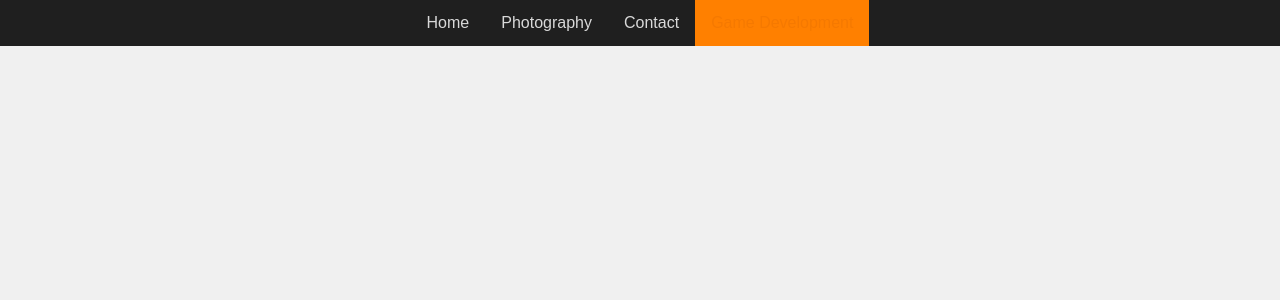
Repository: Argivist/ArgPortfolio
Page: blender/index.html
An editor plug-in stored every save of this project. The page is shown before and after the next save, followed by the edit.
The browser window is 1280 px wide. The pictures show the whole page.

Above is the page before, as saved 2025-03-28 17:17:44.

### blender/index.html
<!DOCTYPE html>
<html lang="en">

<head>
    <meta charset="UTF-8">
    <meta name="viewport" content="width=device-width, initial-scale=1.0">
    <link rel="stylesheet" href="../css/styles.css">
    <link rel="stylesheet" href="../css/nav.css">
    <link rel="stylesheet" href="../css/items.css">
    <link rel="stylesheet" href="../css/blender.css">
    <link rel="stylesheet" href="/css/blenderpreview.css">


    <title>Hutton Amison-Addy</title>

    <style>
        body{
            background-color: #f0f0f0;
            font-family: 'Arial', sans-serif;
        }
    </style>
</head>

<body>
    <nav>
        <ul>
            <li class="nav-content"><a href="../../index.html">Home</a></li>
            <li class="nav-content"><a href="https://www.instagram.com/theworldinoneseye/">Photography</a></li>

            <li class="dropdown nav-content">
                <a href="contact.html">Contact</a>
                <ul class="dropdown-content">
                    <li><a href="https://www.linkedin.com/in/hutton-amison-addy-7b1b3b1b1/">LinkedIn</a></li>
                    <li><a href="https://www.github.com/Argivist">GitHub</a></li>
                    <li><a href="mailto:hutton.amison@ashesi.edu.gh">hutton.amison@ashesi.edu.gh</a></li>
                    <li><a href="mailto:huttonaaddy.public@gmail.com">huttonaaddy.public@gmail.com</a></li>
                </ul>
            </li>

            <li class="dropdown nav-content active">
                <a href="#" class="active-text">Game Development</a>
                <ul class="dropdown-content">
                    <li><a href="../game/index.html" >Game Development Projects</a></li>
                    <li class=" "><a href="">Blender</a></li>
                </ul>
            </li>
        </ul>
    </nav>
    <div class="padding">
    </div>
        <div class="overlay">


            <!-- Preview -->
            <div id="previews"></div>

        </div>



</body>
<!-- Include PapaParse from CDN -->
<script src="https://cdnjs.cloudflare.com/ajax/libs/PapaParse/5.3.2/papaparse.min.js"></script>


<script src="./js/loadPreviews.js" defer></script>

</html>

### css/styles.css
body{
    height: 100%;
    margin: 0;
    padding: 0;
}

### css/nav.css
/* 1. Define default variables in :root */


/* NAV Content and Dropdown */
.nav-content {
    position: relative;
    display: inline-block;
}

.dropdown {
    position: relative; /* For proper absolute positioning of its child */
    display: inline-block;
}

.dropdown:hover .dropdown-content {
    display: block;
}

.dropdown-content {
    display: none;
    position: absolute; /* This makes it overlay other elements without affecting layout */
    background-color: var(--dropdown-bg);
    min-width: 160px;
    box-shadow: 0px 8px 16px 0px rgba(0,0,0,0.2);
    z-index: 1;
}

/* Nav Stylisation */
nav {
    background-color: var(--nav-bg);
    position: fixed;
    top: 0;
    left: 0;
    width: 100vw;
    z-index: 100;
    display: flex;
    justify-content: center;  /* Centers the nav content horizontally */
    align-items: center;      /* Vertically centers items */
    margin: 0;
    color: var(--nav-link-color);
}

/* Reserve space for the fixed navbar */
.padding {
    height: 35px;  /* Adjust this value to match your navbar's height */
    top: 0;
    left: 0;
    width: 100%;
    bottom: 0;
}

/* Nav List Styles */
nav ul {
    list-style-type: none;
    margin: 0;
    padding: 0;
    display: flex;
}

nav ul li {
    display: inline-block;
    margin: 0;
    text-align: center;
    /* If you want each <li> to match nav’s background: */
    background-color: var(--nav-bg);
}

/* Nav Links */
nav ul li a {
    display: block;
    color: var(--nav-link-color);
    text-align: center;
    padding: 14px 16px;
    text-decoration: none;
}

nav ul li a:hover {
    background-color: var(--nav-link-hover-bg);
    color: var(--nav-link-active-color);
}

/* Optional: Ensure dropdown list items take full width */
.dropdown ul li {
    width: 100%;
}

/* Active link styling */
.active {
    background-color: var(--active-bg);
    /* color: var(--nav-link-active-color); */
    text-decoration: none;
}
/* If .active is on the <li>, target the <a> inside */
.active-text{
    color: var(--nav-link-active-color);
}

### css/items.css
:root {
    /* Preview Box Colors */
    --preview-box-border-color: #ccc;
    --preview-box-mask: rgba(0, 0, 0, 0.5);

    /* Header Colors */
    --preview-header-bg: var(--nav-bg, #333);
    --preview-header-color: var(--nav-link-color, #fff);

    /* Modal Colors */
    --modal-bg-color: rgba(0, 0, 0, 0.8);
    --modal-content-bg: #fff;

    /* Close Button Colors */
    --close-color: #aaa;
    --close-hover-color: #000;

    /* Sidebar Colors */
    --sidebar-border-color: #ccc;

    /* Extra Images Colors */
    --extra-image-border-color: #ccc;
  }


/* Preview Box */
/* Make sure the preview box is positioned relative */
.preview-box {
    position: relative;
    width: 300px;
    height: 300px;
    margin: 50px auto;
    border: 1px solid var(--preview-box-border-color);
    border-radius: 3px;
    overflow: hidden;
    cursor: pointer;
    box-shadow: 0 2px 8px rgba(0, 0, 0, 0.2);
    transition: transform 0.3s ease;
  }

  .preview-box:hover {
    transform: scale(1.03);
  }

  /* Ensure the image fills the container */
  .preview-image {
    display: block;
    width: 100%;
    height: 100%;
    object-fit: cover;
  }

  /* Pseudo-element for the mask overlay */
  .preview-box::before {
    content: "";
    position: absolute;
    bottom: 0;
    left: 0;
    width: 100%;
    height: 100%; /* Adjust height as needed */
    background: var(--preview-box-mask);
    pointer-events: none; /* Allows clicks to pass through */
    transition: opacity 0.3s ease;
  }

  /* On hover, fade out the mask */
  .preview-box:hover::before {
    opacity: 0;
  }


  /* Header as overlay at the bottom */
  .preview-header {
    position: absolute;
    bottom: 0;
    left: 0;
    width: 100%;
    background-color:var(--preview-box-mask);
    color: var(--preview-header-color); /* using the color variable */
    text-align: center;
    padding: 10px;
    font-size: 1.2em;
    transition: background-color 0.3s ease;
  }

  /* Remove the opacity mask on hover */
  .preview-box:hover .preview-header {
    background-color: transparent;
  }


  /* Modal Styles */
  .modal {
    display: none; /* Hidden by default */
    position: fixed;
    z-index: 200;
    left: 0;
    top: 0;
    width: 100%;
    height: 100%;
    overflow: auto; /* Enable scroll if needed */
    background-color: var(--modal-bg-color);
  }

  .modal-content {
    background-color: var(--modal-content-bg);
    margin: 5% auto;
    padding: 20px;
    width: 80%;
    max-width: 1000px;
    display: flex;
    flex-wrap: wrap;
    border-radius: 8px;
    position: relative;
  }

  .close {
    position: absolute;
    top: 10px;
    right: 15px;
    color: var(--close-color);
    font-size: 30px;
    font-weight: bold;
    cursor: pointer;
    transition: color 0.2s;
  }

  .close:hover {
    color: var(--close-hover-color);
  }

  /* Modal image container */
  .modal-image-container {
    flex: 2 1 60%;
    padding: 10px;
  }

  .modal-image {
    width: 100%;
    height: auto;
    border-radius: 4px;
  }

  /* Modal sidebar */
  .modal-sidebar {
    flex: 1 1 35%;
    padding: 10px;
    max-height: 80vh;
    overflow-y: auto;
    border-left: 2px solid var(--sidebar-border-color);
  }

  .modal-sidebar h2 {
    margin-top: 0;
  }

  .modal-description {
    font-size: 16px;
    line-height: 1.5;
  }

  /* Extra Images Container */
  .extra-images-container {
    display: flex;
    flex-wrap: wrap;
    gap: 10px;
    margin-top: 10px;
  }

  .extra-image {
    width: 100px;
    height: auto;
    border: 1px solid var(--extra-image-border-color);
    border-radius: 4px;
    cursor: pointer;
    transition: transform 0.2s;
  }

  .extra-image:hover {
    transform: scale(1.05);
  }

### css/blender.css
:root {
    --nav-bg: #f57900;           /* Blender's dark gray background */
    --nav-link-color: #fff;      /* Light text for contrast */
    --nav-link-hover-bg: #3d3d3d; /* Hover background */
    --dropdown-bg: #2c2c2c;       /* Dropdown background */
    --active-bg: #f1f1f1;         /* Active background */
    --border-color: #555;         /* Border color */
    --text-color: #333;           /* Dark text */
    --nav-link-active-color: #f57900; /* Active link text (Blender's signature orange) */
}

### blender/css/blenderpreview.css
:root {
  /* Override color variables */
  --nav-bg: #1f1f1f;              /* Darker navbar background */
  --nav-link-color: #d9d9d9;        /* Light gray for nav links */
  --nav-link-hover-bg: #444;       /* Hover background for nav links */
  --dropdown-bg: #2a2a2a;          /* Dark dropdown background */
  --active-bg: #ff8000;            /* Active link background, e.g., signature orange */
  --text-color: #e0e0e0;           /* General text color if needed */


      /* Preview Box Colors */
      --preview-box-border-color: #ccc;
      --preview-box-mask: rgba(255, 149, 0, 0.678);

      /* Header Colors */
      --preview-header-bg: var(--nav-bg, #333);
      --preview-header-color: var(--nav-link-color, #fff);

      /* Modal Colors */
      --modal-bg-color: rgba(0, 0, 0, 0.8);
      --modal-content-bg: #fff;

      /* Close Button Colors */
      --close-color: #aaa;
      --close-hover-color: #000;

      /* Sidebar Colors */
      --sidebar-border-color: #ccc;

      /* Extra Images Colors */
      --extra-image-border-color: #ccc;
}

### blender/js/loadPreviews.js
document.addEventListener("DOMContentLoaded", () => {
  // Path to your CSV file
  const csvPath = 'data/items.csv';

  // Fetch the CSV file
  fetch(csvPath)
    .then(response => response.text())
    .then(csvText => {
      // Parse CSV using PapaParse (with header: true)
      Papa.parse(csvText, {
        header: true,
        skipEmptyLines: true,
        complete: function(results) {
          const data = results.data;
          // For each row in the CSV, create a preview box
          data.forEach(row => {
            createPreview(row);
          });
        },
        error: function(err) {
          console.error("Error parsing CSV:", err);
        }
      });
    })
    .catch(error => console.error("Error fetching CSV:", error));
});

/**
 * Creates a preview box element from a CSV row.
 * @param {Object} row - A row object from the CSV with keys: mainImage, header, description, otherImagesFolder.
 */
function createPreview(row) {
  // Create the container for the preview box
  const previewBox = document.createElement('div');
  previewBox.classList.add('preview-box');

  // Create header element
  const previewHeader = document.createElement('div');
  previewHeader.classList.add('preview-header');
  previewHeader.textContent = row.header;

  // Create the image element
  const previewImage = document.createElement('img');
  // Adjust the image path if necessary
  previewImage.src = `content/${row.mainImage}/main.jpg`;
  previewImage.alt = row.header;

  // Append header and image to the preview box
  previewBox.appendChild(previewHeader);
  previewBox.appendChild(previewImage);

  // Add click event listener to open the modal
  previewBox.addEventListener('click', () => {
    openModal(row);
  });

  // Append the preview box to a container on the page.
  // Make sure you have a container with id "previews" in your HTML.
  document.getElementById('previews').appendChild(previewBox);
}

/**
 * Opens a modal window displaying the expanded image and sidebar.
 * @param {Object} row - The CSV row data.
 */
function openModal(row) {
  // Create the modal container
  const modal = document.createElement('div');
  modal.classList.add('modal');

  // Create modal content container
  const modalContent = document.createElement('div');
  modalContent.classList.add('modal-content');

  // Create the close button
  const closeBtn = document.createElement('span');
  closeBtn.classList.add('close');
  closeBtn.innerHTML = '&times;';
  closeBtn.addEventListener('click', () => {
    modal.style.display = 'none';
    modal.remove();
  });
  modalContent.appendChild(closeBtn);

  // Create the image container for the main image
  const imageContainer = document.createElement('div');
  imageContainer.classList.add('modal-image-container');
  const modalImage = document.createElement('img');
  modalImage.classList.add('modal-image');
  modalImage.src = `content/${row.mainImage}/main.jpg`;
  modalImage.alt = row.header;
  imageContainer.appendChild(modalImage);
  modalContent.appendChild(imageContainer);

  // Create the sidebar for header, description, and extra images
  const modalSidebar = document.createElement('div');
  modalSidebar.classList.add('modal-sidebar');

  // Sidebar Header
  const sidebarHeader = document.createElement('h2');
  sidebarHeader.textContent = row.header;
  modalSidebar.appendChild(sidebarHeader);

  // Description
  const descriptionDiv = document.createElement('div');
  descriptionDiv.classList.add('modal-description');
  const descriptionPara = document.createElement('p');
  descriptionPara.textContent = row.description;
  descriptionDiv.appendChild(descriptionPara);
  modalSidebar.appendChild(descriptionDiv);

  // Extra Images Container
  const extraImagesContainer = document.createElement('div');
  extraImagesContainer.classList.add('extra-images-container');
  // Load extra images recursively
  loadExtraImages(row.otherImagesFolder, 1, extraImagesContainer);

  // Append the extra images container to the sidebar
  modalSidebar.appendChild(extraImagesContainer);
  modalContent.appendChild(modalSidebar);

  // Append the modal content to the modal container
  modal.appendChild(modalContent);
  // Append the modal to the body
  document.body.appendChild(modal);

  // Display the modal
  modal.style.display = 'block';

  // Optional: Close the modal when clicking outside of the modal content
  modal.addEventListener('click', (event) => {
    if (event.target === modal) {
      modal.style.display = 'none';
      modal.remove();
    }
  });
}

/**
 * Recursively attempts to load extra images from the specified folder.
 * Stops when an image fails to load.
 * @param {string} folder - The folder containing extra images.
 * @param {number} index - The current image index to attempt.
 * @param {HTMLElement} container - The container to which extra images are appended.
 */
function loadExtraImages(folder, index, container) {
  const img = new Image();
  img.classList.add('extra-image');
  img.src = `content/${folder}/${index}.jpg`;
  img.alt = `Extra image ${index}`;

  // If the image loads, append it and try the next one
  img.onload = () => {
    container.appendChild(img);
    // Recursively attempt to load the next image
    loadExtraImages(folder, index + 1, container);
  };

  // If the image fails to load, stop the recursion
  img.onerror = () => {
    console.log(`No image found at content/${folder}/${index}.jpg, stopping extra images load.`);
  };
}

After the next save:
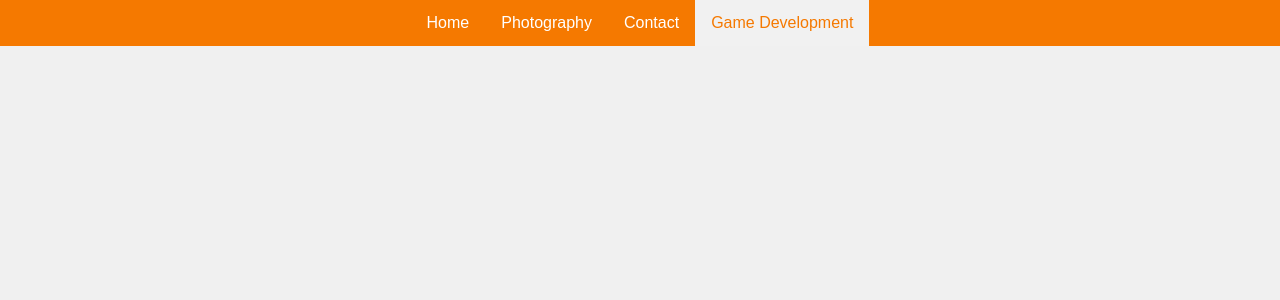
Saved 42 s later.
--- a/blender/css/blenderpreview.css
+++ b/blender/css/blenderpreview.css
@@ -1,13 +1,4 @@
 :root {
-  /* Override color variables */
-  --nav-bg: #1f1f1f;              /* Darker navbar background */
-  --nav-link-color: #d9d9d9;        /* Light gray for nav links */
-  --nav-link-hover-bg: #444;       /* Hover background for nav links */
-  --dropdown-bg: #2a2a2a;          /* Dark dropdown background */
-  --active-bg: #ff8000;            /* Active link background, e.g., signature orange */
-  --text-color: #e0e0e0;           /* General text color if needed */
-
-
       /* Preview Box Colors */
       --preview-box-border-color: #ccc;
       --preview-box-mask: rgba(255, 149, 0, 0.678);
